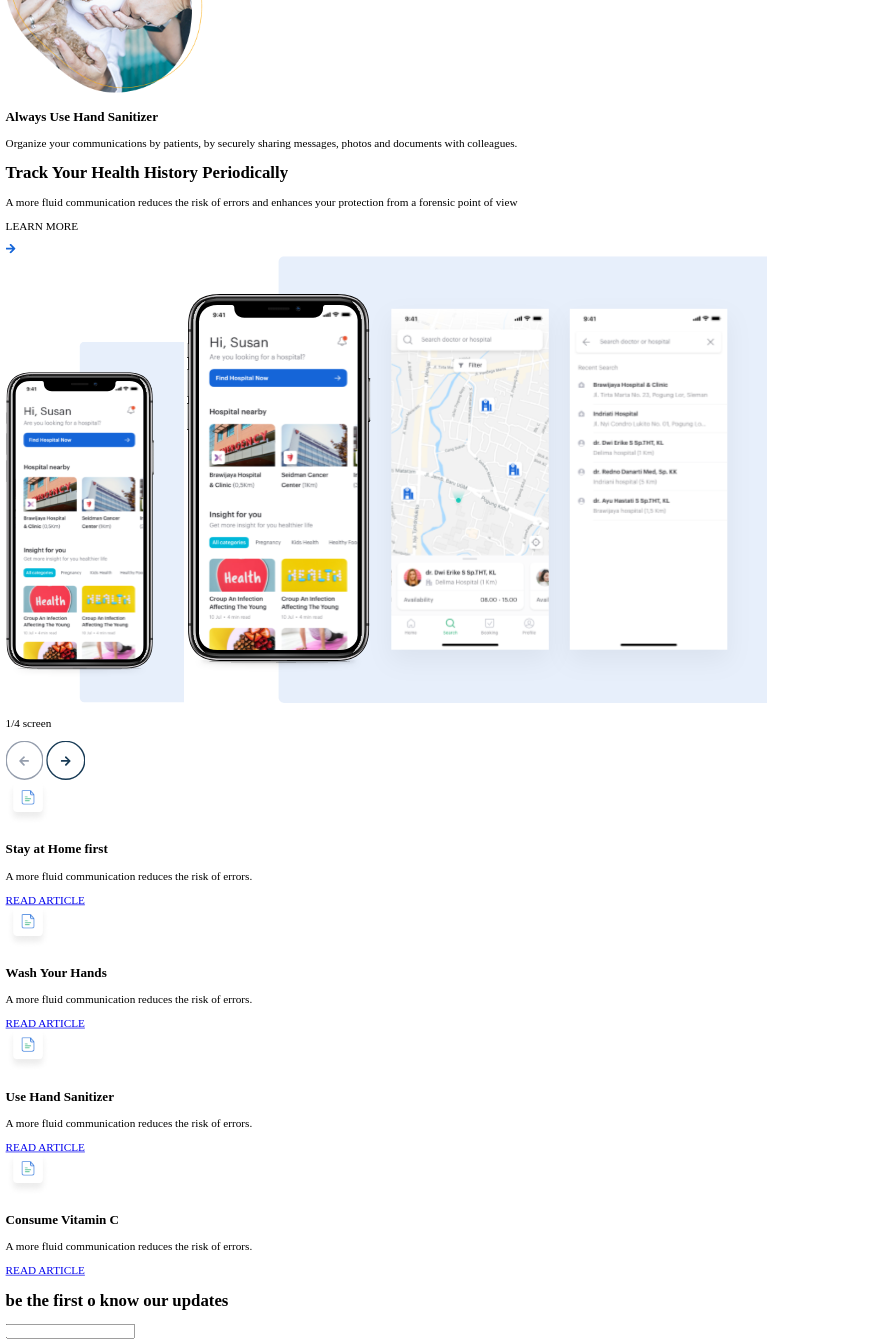
Repository: Esttevo/prova-html-css
Page: index.html
An editor plug-in stored every save of this project. The page is shown before and after the next save, followed by the edit.
The browser window is 1280 px wide. The pictures show the part of the page from y = 3453 to 5373 px (the page is 5373 px tall before and 5370 px after), at 70% of full size.
A picture or video elsewhere on the page could not be fetched, so the positions and the page height are approximate.

Above is the page before, as saved 2026-08-31 18:32:52.

After the next save:
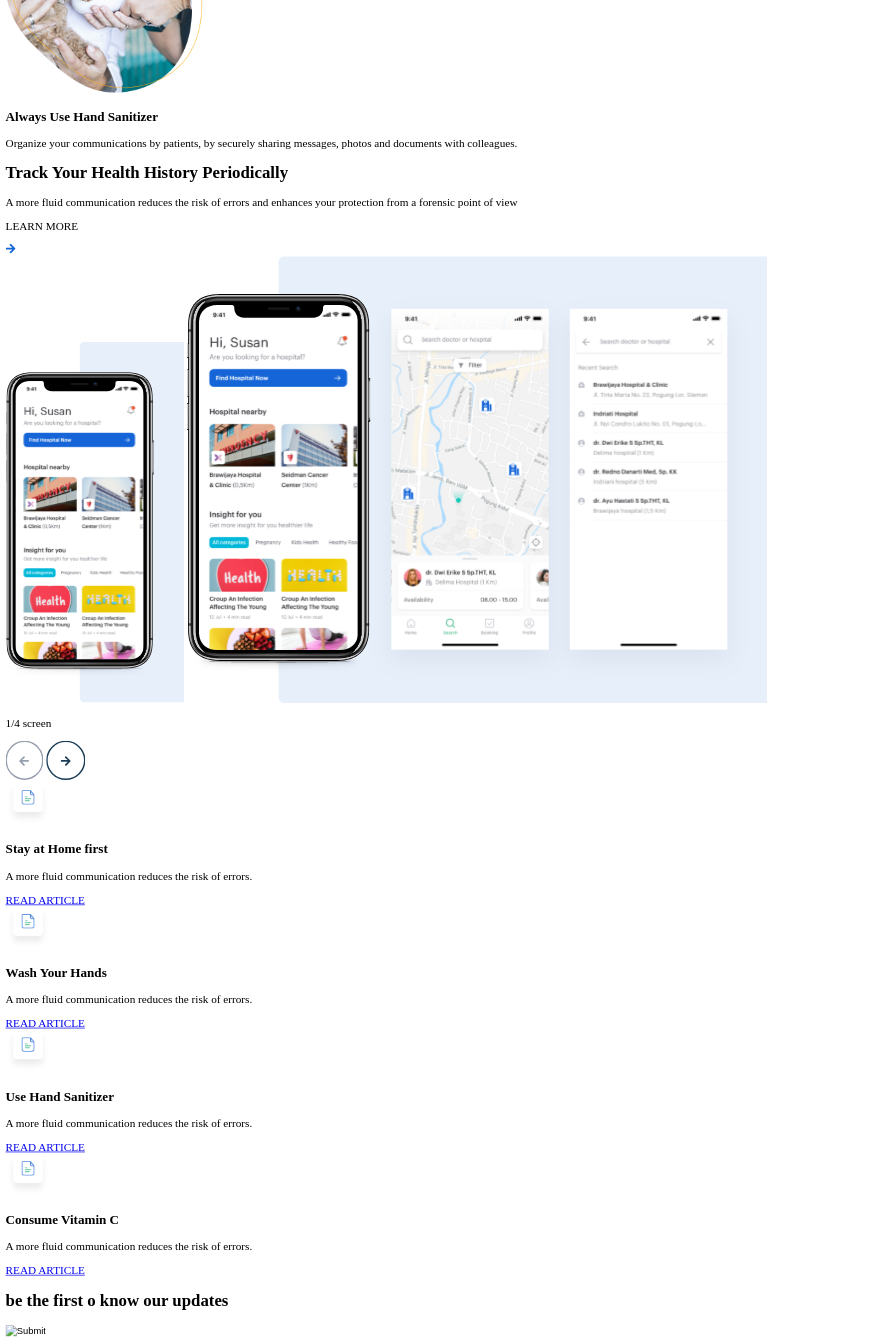
Saved 46 s later.
--- a/index.html
+++ b/index.html
@@ -332,7 +332,7 @@
 
             <form action="#">
 
-                <input  type="text" id="name" name="name" >
+                <input  type="image" id="name" name="name" >
             </form>
         </section>
     </main>

After the 3 saves that followed:
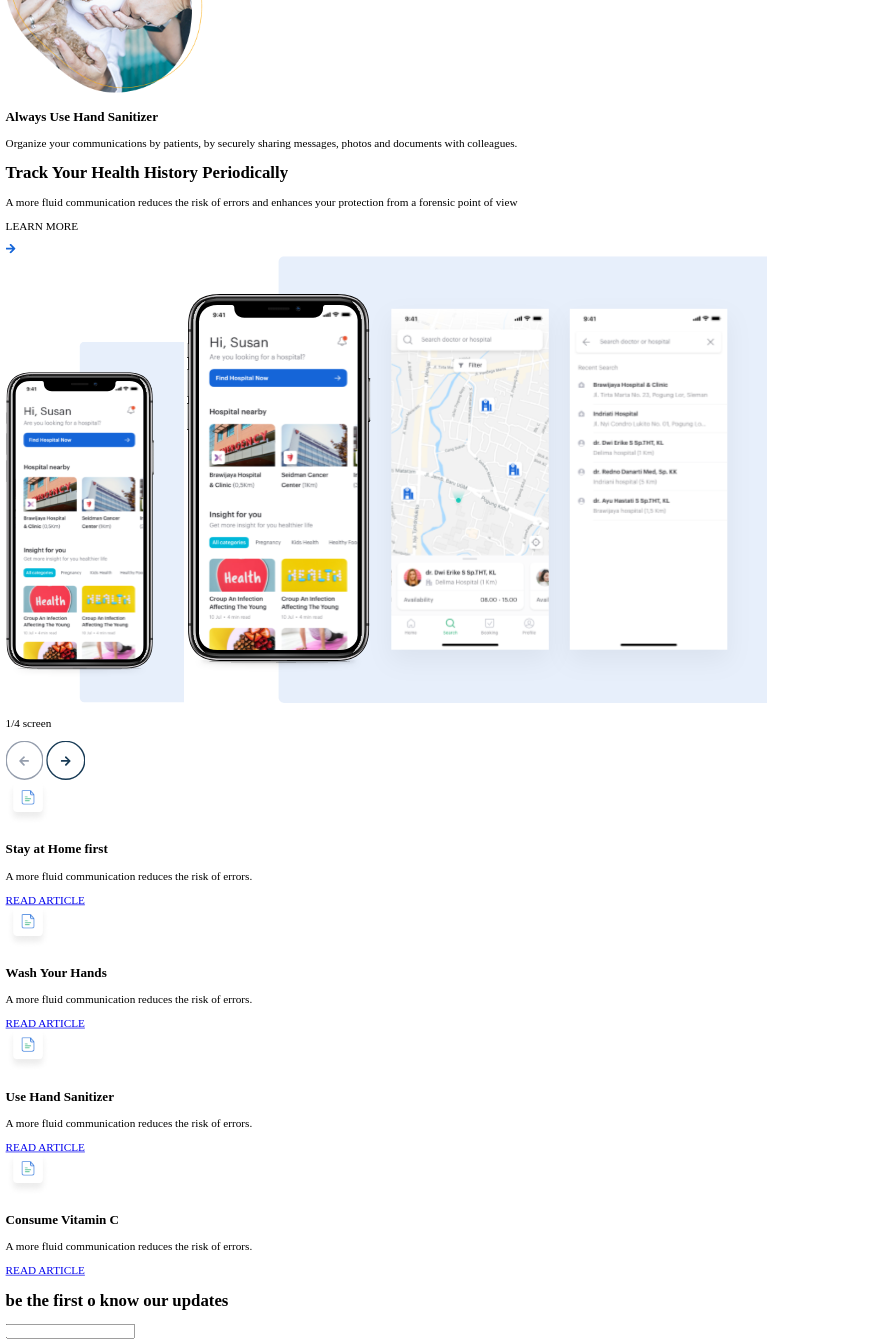
The 3 saves are shown as one change because 2 left the picture as it was.
The last was saved 2 min 46 s later.
--- a/index.html
+++ b/index.html
@@ -332,7 +332,7 @@
 
             <form action="#">
 
-                <input  type="image" id="name" name="name" >
+                <input  type="text" id="name" name="name" >
             </form>
         </section>
     </main>
